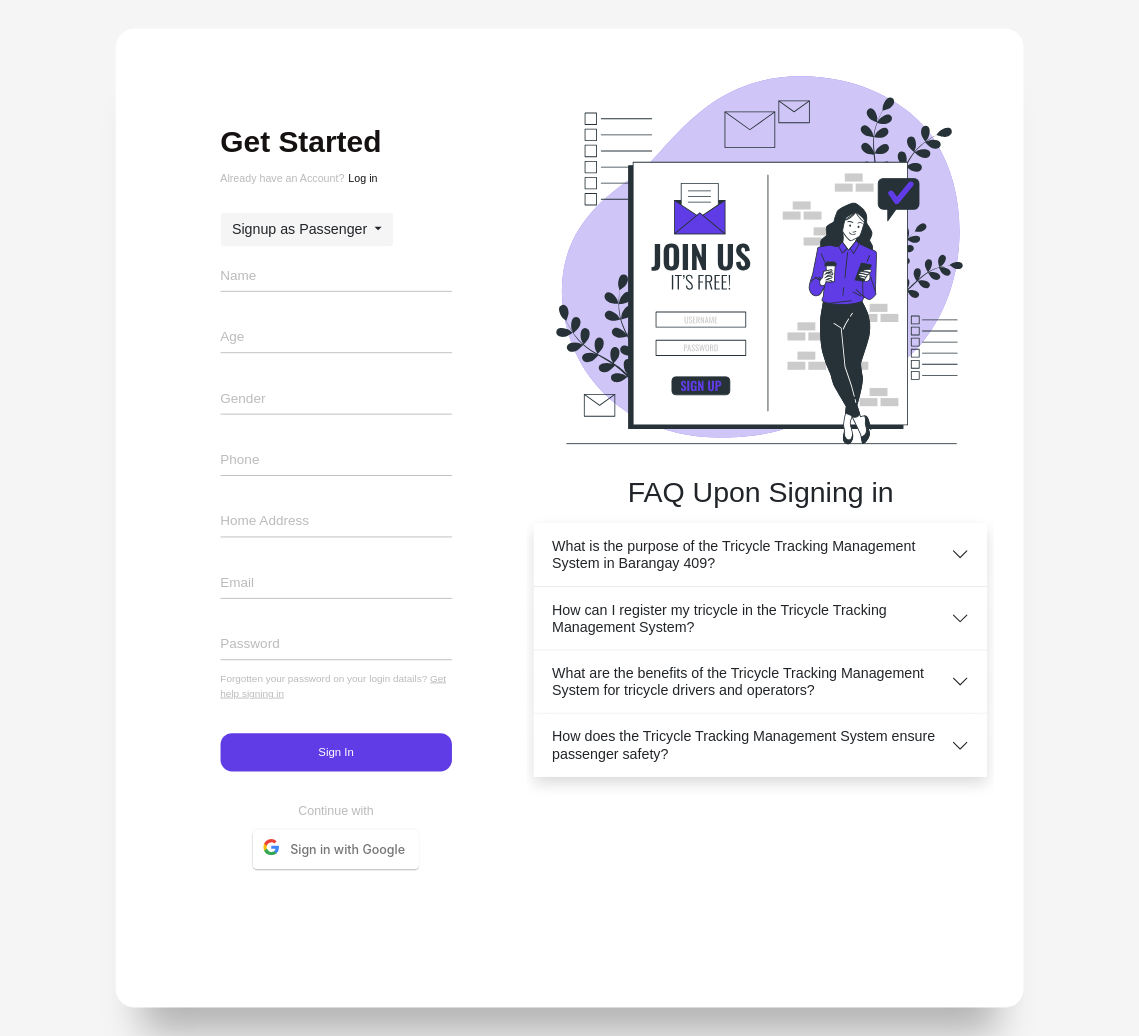
Repository: adrcstro/plate-to-place
Page: http://localhost/Loginsystem/Passenger.php
The author's editor kept a copy of each file at every save. The page is drawn from the files as they stood at one save, then again after the next save.
The browser window is 1280 px wide. The pictures show the whole page, at 89% of full size.
Some web fonts or font styles are not loaded; a fallback is used. Some web libraries are served in a nearby version. The page is run by PHP 8.4 with error messages shown; the project is at /var/www/html/.

Above is the page before, as saved 2023-10-31 15:45:23.

### Loginsystem/Passenger.php
<!DOCTYPE html>
<html lang="en">
<head>
    <meta charset="UTF-8">
    <meta name="viewport" content="width=device-width, initial-scale=1.0">
    <link rel="shortcut icon" type="x-icon" href="../images/webicon.png">
    <link rel="stylesheet" href="../css/bootstrap.min.css">
    <link rel="stylesheet" href="https://cdnjs.cloudflare.com/ajax/libs/font-awesome/6.3.0/css/all.min.css" integrity="sha512-SzlrxWUlpfuzQ+pcUCosxcglQRNAq/DZjVsC0lE40xsADsfeQoEypE+enwcOiGjk/bSuGGKHEyjSoQ1zVisanQ==" crossorigin="anonymous" referrerpolicy="no-referrer"/>
    <link rel="stylesheet" href="passenger.css">

    <title>Brangay409-3WHeel-Tracking-System</title>
</head>

<body>

<main>
      <div class="box">
        <div class="inner-box">
          <div class="forms-wrap">
            <form action="index.html" autocomplete="off" class="sign-in-form">

<script>
    function changeLoginType(type) {
        document.getElementById('loginDropdown').innerText = 'Login as ' + type;
    }
</script>
              <div class="heading">
                <h2>Get Started</h2>
                <h6>Already have an Account?</h6>
                <a href="login.php" class="loginaccount" data-target="img-2">Log in</a>
              </div>
              <div class="dropdown">
    <button class="btn dropdown-toggle" type="button" data-bs-toggle="dropdown" aria-expanded="false" id="loginDropdown">
        Signup as Passenger
    </button>
    <ul class="dropdown-menu">
        <li><a class="dropdown-item" href="Passenger.php" onclick="changeLoginType('Passenger')">Passenger</a></li>
        <li><a class="dropdown-item" href="Driverlogin.php" onclick="changeLoginType('Driver')">Driver</a></li>

    </ul>
</div>
<div class="formsignin">



              <div class="actual-form">
                <div class="input-wrap">
                  <input
                    type="text"
                    minlength="4"
                    class="input-field"
                    autocomplete="off"
                    required
                  />
                  <label>Name</label>
                </div>

                <div class="input-wrap">
                  <input
                    type="password"
                    minlength="4"
                    class="input-field"
                    autocomplete="off"
                    required
                  />
                  <label>Age</label>
                </div>

                <div class="input-wrap">
                  <input
                    type="text"
                    minlength="4"
                    class="input-field"
                    autocomplete="off"
                    required
                  />
                  <label>Gender</label>
                </div>

                <div class="input-wrap">
                  <input
                    type="text"
                    minlength="4"
                    class="input-field"
                    autocomplete="off"
                    required
                  />
                  <label>Phone</label>
                </div>
                <div class="input-wrap">
                  <input
                    type="text"
                    minlength="4"
                    class="input-field"
                    autocomplete="off"
                    required
                  />
                  <label>Home Address</label>
                </div>

                <div class="input-wrap">
                  <input
                    type="text"
                    minlength="4"
                    class="input-field"
                    autocomplete="off"
                    required
                  />
                  <label>Email</label>
                </div>
                <div class="input-wrap">
                  <input
                    type="text"
                    minlength="4"
                    class="input-field"
                    autocomplete="off"
                    required
                  />
                  <label>Password</label>
                </div>
                <p class="text">
                  Forgotten your password on your login datails?

                  <a href="Forgotpassword.php" data-target="img-2">Get help signing in</a>
                </p>
                <input type="submit" value="Sign In" class="sign-btn" />
                <h5 id="textcon">Continue with</h5>
                <button type="button" class="login-with-google-btn" >
                Sign in with Google
                 </button>
              </div>
              </div>
            </form>


          </div>
          <div class="carousel">
  <div class="images-wrapper">
    <img src="../images/Signup.svg" class="image img-2 show" alt="" />
  </div>

  <div class="col-md-12">
         <h2 class="mt-2 text-center" id="FAQ">FAQ Upon Signing in</h2>
         <div class="accordion accordion-flush p-2" id="accordionFlushExample">
          <div class="accordion-item bg-white shadow">
            <h2 class="accordion-header">
              <button class="accordion-button collapsed" type="button" data-bs-toggle="collapse" data-bs-target="#flush-collapseOne" aria-expanded="false" aria-controls="flush-collapseOne">
                What is the purpose of the Tricycle Tracking Management System in Barangay 409?
              </button>
            </h2>
            <div id="flush-collapseOne" class="accordion-collapse collapse" data-bs-parent="#accordionFlushExample">
              <div class="accordion-body">The Tricycle Tracking Management System aims to streamline tricycle operations and ensure passenger safety and efficient transportation services within the barangay.</div>
            </div>
          </div>
          <div class="accordion-item shadow">
            <h2 class="accordion-header">
              <button class="accordion-button collapsed" type="button" data-bs-toggle="collapse" data-bs-target="#flush-collapseTwo" aria-expanded="false" aria-controls="flush-collapseTwo">
                How can I register my tricycle in the Tricycle Tracking Management System?
              </button>
            </h2>
            <div id="flush-collapseTwo" class="accordion-collapse collapse" data-bs-parent="#accordionFlushExample">
              <div class="accordion-body">To register your tricycle, visit the barangay office and submit the required documents, including the tricycle's registration papers, driver's license, and other necessary permits.</div>
            </div>
          </div>
          <div class="accordion-item shadow">
            <h2 class="accordion-header">
              <button class="accordion-button collapsed" type="button" data-bs-toggle="collapse" data-bs-target="#flush-collapseThree" aria-expanded="false" aria-controls="flush-collapseThree">
                What are the benefits of the Tricycle Tracking Management System for tricycle drivers and operators?
              </button>
            </h2>
            <div id="flush-collapseThree" class="accordion-collapse collapse" data-bs-parent="#accordionFlushExample">
              <div class="accordion-body">The system provides improved transparency in fare collection, enhances security measures for both drivers and passengers, and facilitates better route planning, leading to increased efficiency and profitability for tricycle operators.
              </div>
            </div>
          </div>

          <div class="accordion-item shadow">
            <h2 class="accordion-header">
              <button class="accordion-button collapsed" type="button" data-bs-toggle="collapse" data-bs-target="#flush-collapseFour" aria-expanded="false" aria-controls="flush-collapseFour">
                How does the Tricycle Tracking Management System ensure passenger safety?
              </button>
            </h2>
            <div id="flush-collapseFour" class="accordion-collapse collapse" data-bs-parent="#accordionFlushExample">
              <div class="accordion-body">The system integrates safety measures such as  Report Management, Legal Action Provider, and driver identification features, which enable swift responses to any emergency situations during tricycle rides.</div>
            </div>
          </div>



        </div>
         </div>


</div>
        </div>
      </div>
    </main>



</body>
<script src="../js/bootstrap.bundle.js"></script>
    <script src="login.js"></script>

</html>

### Loginsystem/passenger.css
@import url("https://fonts.googleapis.com/css2?family=Poppins:wght@200;300;400;500;600;700;800&display=swap");
@import url('https://fonts.googleapis.com/css2?family=Advent+Pro:wght@200&display=swap');
@import url('https://fonts.googleapis.com/css2?family=Advent+Pro:wght@200&family=Montserrat+Alternates&display=swap');
@import url('http://fonts.googleapis.com/css?family=Open+Sans:400,700');
*,
*::before,
*::after {
  padding: 0;
  margin: 0;
  box-sizing: border-box;
}
#textcon{
  padding: 4px;
  text-align: center;
  color: #bababa;
  font-size: 14px;
}
.login-with-google-btn {
  transition: background-color .3s, box-shadow .3s;
  padding: 12px 16px 12px 42px;
  border: none;
  border-radius: 5px;
  box-shadow: 0 -1px 0 rgba(0, 0, 0, .04), 0 1px 1px rgba(0, 0, 0, .25);
  display: block;
    margin: auto;
  color: #757575;
  font-size: 14px;
  font-weight: 500;
  font-family: -apple-system,BlinkMacSystemFont,"Segoe UI",Roboto,Oxygen,Ubuntu,Cantarell,"Fira Sans","Droid Sans","Helvetica Neue",sans-serif;

  background-image: url(data:[embedded picture, 822 characters]);
  background-color: white;
  background-repeat: no-repeat;
  background-position: 12px 11px;

  &:hover {
    background-color: #f3f3f3b6;
  }

  &:active {
    background-color: #eeeeee;
  }
}
  &:focus {
    outline: none;
    box-shadow:
      0 -1px 0 rgba(0, 0, 0, .04),
      0 2px 4px rgba(0, 0, 0, .25),
      0 0 0 3px #c8dafc;
  }

.logo {
  text-align: center;
}
.logo br {
  font-size: 1px; /* Adjust the font size as per your requirement */
}
body,
input {
  font-family: 'Montserrat Alternates', sans-serif;

}
#loginDropdown{
  background-color: whitesmoke;
}

main {
  width: 100%;
  min-height: 100vh;
  overflow: hidden;
  background-color: whitesmoke;
  padding: 2rem;
  display: flex;
  align-items: center;
  justify-content: center;
}

.box {
  position: relative;
  width: 100%;
  max-width: 1020px;
  height: 1100px;
  background-color: #fff;
  border-radius: 1.3rem;
  box-shadow: 0 60px 40px -30px rgba(0, 0, 0, 0.27);
}

.inner-box {
  position: absolute;
  width: calc(100% - 4.1rem);
  height: calc(100% - 4.1rem);
  top: 50%;
  left: 50%;
  transform: translate(-50%, -50%);
}

.forms-wrap {
  position: absolute;
  height: 100%;
  width: 45%;
  top: 0;
  left: 0;
  display: grid;
  grid-template-columns: 1fr;
  grid-template-rows: 1fr;
  transition: 0.8s ease-in-out;
}

form {
  max-width: 260px;
  width: 100%;
  margin: 0 auto;
  height: 100%;
  display: flex;
  flex-direction: column;
  justify-content: space-evenly;
  grid-column: 1 / 2;
  grid-row: 1 / 2;
  transition: opacity 0.02s 0.4s;
  border: #aaa;
}

form.sign-up-form {
  opacity: 0;
  pointer-events: none;

}

.logo {
  display: flex;
  align-items: center;
}


.logo h4 {
  font-size: 1.1rem;
  margin-top: -9px;
  letter-spacing: -0.5px;
  color: #151111;
}

.heading h2 {
  font-size: 2.1rem;
  font-weight: 600;
  color: #151111;
}

.heading h6 {
  color: #bababa;
  font-weight: 400;
  font-size: 0.75rem;
  display: inline;
}

.toggle {
  color: #151111;
  text-decoration: none;
  font-size: 0.75rem;
  font-weight: 500;
  transition: 0.3s;
}

.toggle:hover {
  color: #8371fd;
}

.input-wrap {
  position: relative;
  height: 37px;
  margin-bottom: 2rem;
}

.input-field {
  position: absolute;
  width: 100%;
  height: 100%;
  background: none;
  border: none;
  outline: none;
  border-bottom: 1px solid #bbb;
  padding: 0;
  font-size: 0.95rem;
  color: #151111;
  transition: 0.4s;
}

label {
  position: absolute;
  left: 0;
  top: 50%;
  transform: translateY(-50%);
  font-size: 0.95rem;
  color: #bbb;
  pointer-events: none;
  transition: 0.4s;
}

.input-field.active {
  border-bottom-color: #151111;
}

.input-field.active + label {
  font-size: 0.75rem;
  top: -2px;
}
.logtext{
  margin-top: -1rem;
}
.sign-btn {
  display: inline-block;
  width: 100%;
  height: 43px;
  background-color: #603ce6;
  color: #fff;
  border: none;
  cursor: pointer;
  border-radius: 0.8rem;
  font-size: 0.8rem;
  margin-bottom: 2rem;
  transition: 0.3s;
}
.show {
  display: block;
}

.FAQESTION{
  margin-top: -3rem;
}



.hide {
  display: none;
}

.sign-btn:hover {
  background-color: #6a5cc4;
}

.text {
  color: #bbb;
  font-size: 0.7rem;
  transform: translateY(-20px);
}

.text a {
  color: #bbb;
  transition: 0.3s;

}




.text a:hover {
  color: #8371fd;
}

main.sign-up-mode form.sign-in-form {
  opacity: 0;
  pointer-events: none;
}

main.sign-up-mode form.sign-up-form {
  opacity: 1;
  pointer-events: all;
}

main.sign-up-mode .forms-wrap {
  left: 55%;
}

main.sign-up-mode .carousel {
  left: 0%;
}

.carousel {
  position: absolute;
  height: 100%;
  width: 55%;
  left: 45%;
  top: 0;
  background-color: white;
  border-radius: 2rem;
  display: grid;
  grid-template-rows: auto 1fr;
  padding-bottom: 2rem;
  overflow: hidden;
  transition: 0.8s ease-in-out;
}

.images-wrapper {
  display: grid;
  grid-template-columns: 1fr;
  grid-template-rows: 1fr;
}
.hide {
  display: none;
}
.image {
  width: 100%;
 height: 90%;
  grid-column: 1/2;
  grid-row: 1/2;
  opacity: 0;
  transition: opacity 0.3s, transform 0.5s;
}

.img-1 {
  transform: translate(0, -50px);
}

.img-2 {
  transform: scale(0.4, 0.5);
}

.img-3 {
  transform: scale(0.3) rotate(-20deg);
}

.image.show {
  opacity: 1;
  transform: none;
}

.text-slider {
  display: flex;
  align-items: center;
  justify-content: center;
  flex-direction: column;
margin-top: -4rem;

}

.text-wrap {
  max-height: 3.1rem;
  overflow: hidden;
  margin-bottom: 2.3rem;
}

.text-group {
  display: flex;
  flex-direction: column;
  text-align: center;
  transform: translateY(0);
  transition: 0.5s;
}

.text-group h2 {
  line-height: 2.2rem;
  font-weight: 600;
  font-size: 1.6rem;
}

.bullets {
  display: flex;
  align-items: center;
  justify-content: center;
  margin-top: -2.4rem;
}

.bullets span {
  display: block;
  width: 0.5rem;
  height: 0.5rem;
  background-color: #aaa;
  margin: 0 0.25rem;
  border-radius: 50%;
  cursor: pointer;
  transition: 0.3s;
}
.dropdown{
  position: relative; /* or any other position value that suits your layout */
  top: 3rem;
}
.actual-form{
  margin-top: -6rem;
}
.bullets span.active {
  width: 1.1rem;
  background-color: #151111;
  border-radius: 1rem;
}
.actual-form{
  margin-top: 20px;
  }
  .col-md-12{
    margin-top: -4rem;
  }

  .sign-in-form{
    margin-top: -4rem;
  }
.formsignin{
  margin-top: -1rem;
}
.sign-in-form{
  margin-bottom: 4rem;
}

.loginaccount{
  color: #151111;
  text-decoration: none;
  font-size: 0.75rem;
  font-weight: 500;
  transition: 0.3s;
}
.loginaccount:hover{
  color: #8371fd;
}

.heading{
  position: relative; /* or any other position value that suits your layout */
  top: 5rem;
}






@media (max-width: 850px) {
  .box {
    height: auto;
    max-width: 550px;
    overflow: hidden;
  }

  .inner-box {
    position: static;
    transform: none;
    width: revert;
    height: revert;
    padding: 2rem;
  }

  .forms-wrap {
    position: revert;
    width: 100%;
    height: auto;
  }

  form {
    max-width: revert;
    padding: 1.5rem 2.5rem 2rem;
    transition: transform 0.8s ease-in-out, opacity 0.45s linear;
  }

  .heading {
    margin: 2rem 0;
  }

  form.sign-up-form {
    transform: translateX(100%);
  }

  main.sign-up-mode form.sign-in-form {
    transform: translateX(-100%);
  }

  main.sign-up-mode form.sign-up-form {
    transform: translateX(0%);
  }

  .carousel {
    position: revert;
    height: auto;
    width: 100%;
    padding: 3rem 2rem;
    display: flex;
  }

  .images-wrapper {
    display: none;
  }

  .text-slider {
    width: 100%;
  }

  .text-slider{
    margin-top: 3rem;
}
.actual-form{
margin-top: 2rem;
}
.col-md-12{
  margin-top: -3rem;
}
.dropdown{
  margin-top: -1rem;
}
.sign-in-form{
  margin-top: -1rem;
}

.formsignin{
  margin-top: 1rem;
}


}

@media (max-width: 528px) {
  main {
    padding: 1rem;
  }

  .box {
    border-radius: 2rem;
  }

  .inner-box {
    padding: 1rem;
  }

  .carousel {
    padding: 1.5rem 1rem;
    border-radius: 1.6rem;
  }

  .text-wrap {
    margin-bottom: 1rem;
  }

  .text-group h2 {
    font-size: 1.2rem;
  }

  form {
    padding: 1rem 2rem 1.5rem;
  }

  .bullets{
    margin-top: -1rem;
}
.col-md-12{
  margin-top: 1rem;
}


}








@media (max-width: 390px) {
    .text-slider{
        margin-top: 2rem;
    }

}

### Loginsystem/login.js
const inputs = document.querySelectorAll(".input-field");
const toggle_btn = document.querySelectorAll(".toggle");
const main = document.querySelector("main");
const bullets = document.querySelectorAll(".bullets span");
const images = document.querySelectorAll(".image");

inputs.forEach((inp) => {
  inp.addEventListener("focus", () => {
    inp.classList.add("active");
  });
  inp.addEventListener("blur", () => {
    if (inp.value != "") return;
    inp.classList.remove("active");
  });
});

toggle_btn.forEach((btn) => {
  btn.addEventListener("click", () => {
    main.classList.toggle("sign-up-mode");
  });
});

function moveSlider() {
  let index = this.dataset.value;

  let currentImage = document.querySelector(`.img-${index}`);
  images.forEach((img) => img.classList.remove("show"));
  currentImage.classList.add("show");

  const textSlider = document.querySelector(".text-group");
  textSlider.style.transform = `translateY(${-(index - 1) * 2.2}rem)`;

  bullets.forEach((bull) => bull.classList.remove("active"));
  this.classList.add("active");
}

bullets.forEach((bullet) => {
  bullet.addEventListener("click", moveSlider);
});

document.addEventListener('DOMContentLoaded', function () {
  const toggleLinks = document.querySelectorAll('.toggle');
  toggleLinks.forEach(function(toggleLink) {
    toggleLink.addEventListener('click', function (event) {
      event.preventDefault();
      const targetId = toggleLink.getAttribute('data-target');
      const textSlider = document.querySelector('.text-group');
      if (targetId === 'img-1') {
        const targetText = 'Get Started';
        textSlider.innerHTML = `<h2>${targetText}</h2>`;
      } else if (targetId === 'img-2') {
        const targetText = 'Join us';
        textSlider.innerHTML = `<h2>${targetText}</h2>`;
      }
    });
  });
});

Loaded but not shown: css/bootstrap.min.css (library); js/bootstrap.bundle.js (library); Images/Signup.svg (1 lines, source omitted)

After the next save:
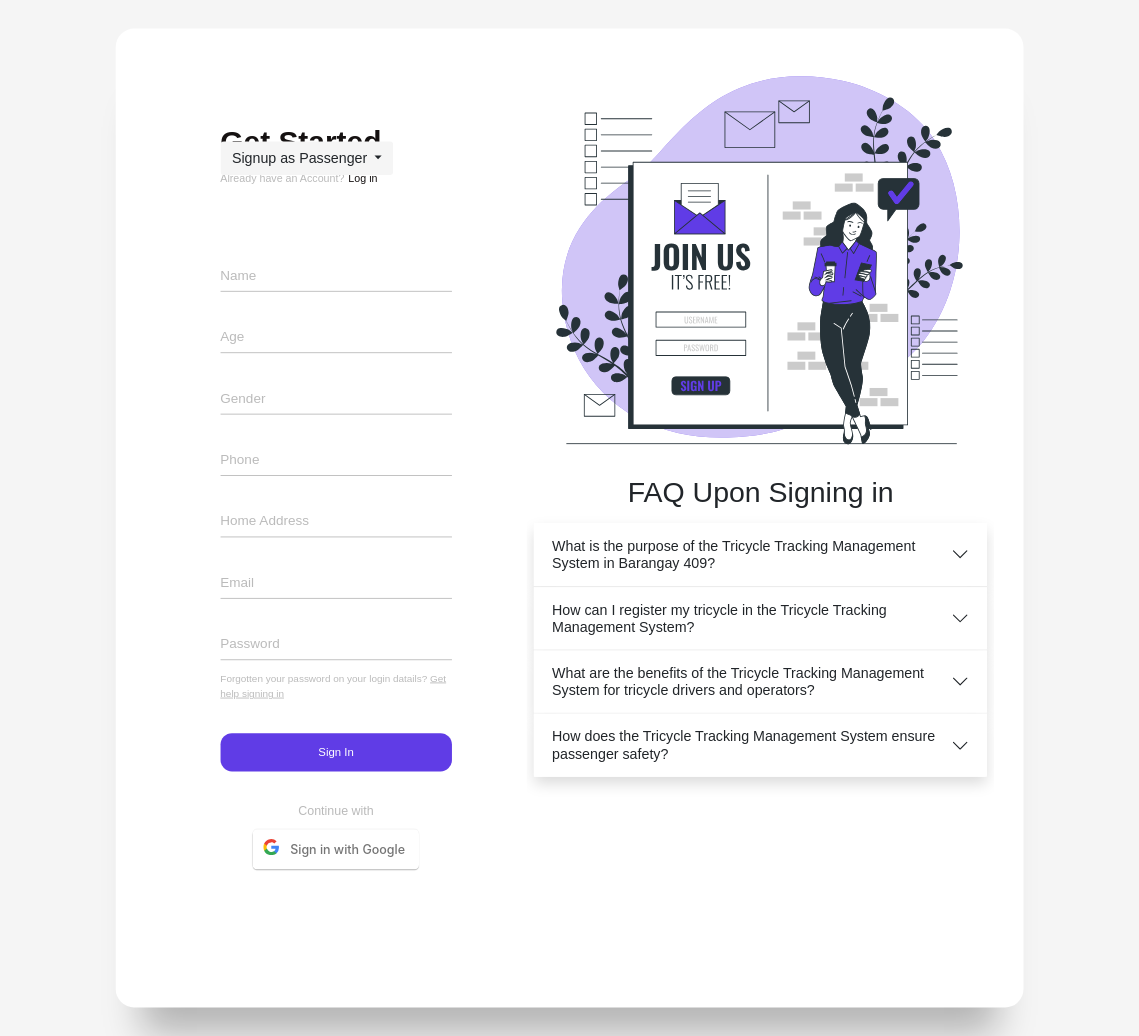
Saved 8 s later.
--- a/Loginsystem/passenger.css
+++ b/Loginsystem/passenger.css
@@ -371,7 +371,7 @@ margin-top: -4rem;
 }
 .dropdown{
   position: relative; /* or any other position value that suits your layout */
-  top: 3rem;
+  top: -2rem;
 }
 .actual-form{
   margin-top: -6rem;
